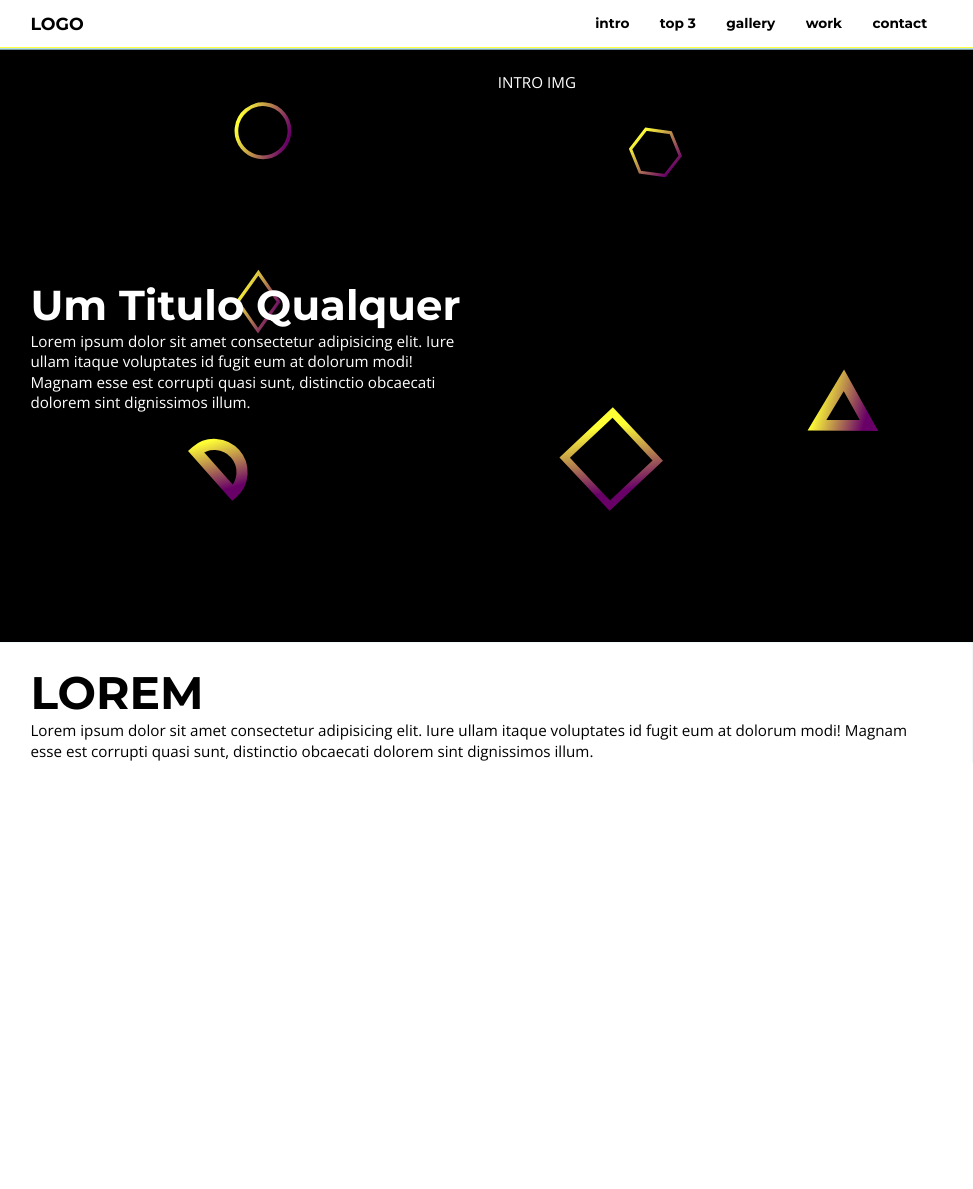
Repository: danilodscosta/CursoHTML
Page: aula1/index.html
The author's editor kept a copy of each file at every save. The page is drawn from the files as they stood at one save, then again after the next save.
The browser window is 1280 px wide. The pictures show the whole page, at 76% of full size.

Above is the page before, as saved 2024-01-29 17:27:49.

### aula1/index.html
<!DOCTYPE html>
<html lang="pt-BR">

<head>
    <meta charset="utf-8">
    <meta name="viewport" content="width=device-width, inital-scale=1.0">
    <title>Landing Page</title>

    <link rel="stylesheet" href="assets/css/variables.css">
    <link rel="stylesheet" href="assets/css/elements.css">
    <link rel="stylesheet" href="assets/css/classes.css">
    <link rel="stylesheet" href="assets/css/menu.css">
    <link rel="stylesheet" href="assets/css/style.css">

    <link rel="preconnect" href="https://fonts.googleapis.com">
    <link rel="preconnect" href="https://fonts.gstatic.com" crossorigin>
    <link href="https://fonts.googleapis.com/css2?family=Montserrat:ital,wght@0,900;1,900&display=swap" rel="stylesheet">
    <link href="https://fonts.googleapis.com/css2?family=Montserrat:ital,wght@0,100..900;1,100..900&family=Open+Sans:ital,wght@0,300..800;1,300..800&display=swap" rel="stylesheet">

</head>



<body>
    <aside class="menu white-bg">
        <div class="main-content menu-content">
        <h1>
            <a href="#">LOGO</a>
        </h1>

            <nav>
                <ul>
                    <li><a href="#">intro</a></li>
                    <li><a href="#">top 3</a></li>
                    <li><a href="#">gallery</a></li>
                    <li><a href="#">work</a></li>
                    <li><a href="#">contact</a></li>
                </ul>
            </nav>
        </div>
    </aside>

    <div class="menu-spacing"></div>

    <section class="intro main-bg section">
        <div class="main-content intro-content">
            <div class="intro-text-content">
                <h2>Um Titulo Qualquer</h2>
                <p>Lorem ipsum dolor sit amet consectetur adipisicing elit. Iure ullam itaque voluptates id fugit eum at dolorum modi! Magnam esse est corrupti quasi sunt, distinctio obcaecati dolorem sint dignissimos illum.</p>
            </div>
        <div class="intro-img">
            INTRO IMG
        </div>
    </div>
    </section>

    <section class="white-bg section">
        <div class="main-content">
            <h1>Lorem</h1>
            <p>Lorem ipsum dolor sit amet consectetur adipisicing elit. Iure ullam itaque voluptates id fugit eum at dolorum modi! Magnam esse est corrupti quasi sunt, distinctio obcaecati dolorem sint dignissimos illum.</p>
        </div>
    </section>
</body>

</html>

### aula1/assets/css/variables.css
:root {
    --primary-color: #000000;
    --white-color: #fff;
    --light-gold-color: #ff0;
    --purple-color: #680068;
    --gap: 3rem;
}

### aula1/assets/css/elements.css

* {
    margin: 0;
    padding: 0;
}

html {
    font-size: 62.5%;
}

body {
    font-family: 'Open Sans', sans-serif;
    font-size: 2rem;
    color: var(--primary-color);
    background: powderblue;
}

h1, h2, h3, h4, h5, h6 {
    font-family: 'Montserrat', 'sans-serif';
}

h1 {
    font-size: 6rem;
    text-transform: uppercase;
}

h2 {
    font-size: 5.5rem;
}

h3 {
    font-size: 5rem;
}

h4 {
    font-size: 4.5rem;
}

h5 {
    font-size: 4rem;
}

h6 {
    font-size: 3.5rem;
}

### aula1/assets/css/classes.css
.main-bg {
    background-image: url('../img/main-bg.svg');
    background-size: cover;
    background-position: center center;
    color: var(--white-color);
}

.white-bg {
    background: var(--white-color);
}

.main-content {
    max-width: 120rem;
    margin: 0 auto;
    padding: var(--gap);
}

.section {
    min-height: 100vh;
}

.menu-spacing {
    height: 65px;
}

### aula1/assets/css/menu.css
.menu {
    position: fixed;
    top: 0;
    left: 0;
    right: 0;
    width: 100%;
    border-bottom: 0.1rem solid var(--light-gold-color);
}

.menu-content {
    display: flex;
    justify-content: space-between;
    align-items: center;
    padding-top: 0;
    padding-bottom: 0;
}

.menu ul {
    list-style: none;
    display: flex;
}

.menu h1 {
    font-size: 2.3rem;
    color: var(--primary-color);
}

.menu h1 a {
    color: inherit;
    text-decoration: none;
}

.menu ul li a {
    display: block;
    padding: 2rem;
    font-size: 1.8rem;
    font-family: 'Montserrat', 'sans-serif';
    color: var(--primary-color);
    font-weight: bold;
    text-decoration: none;
    position: relative;
}

.menu ul li a::after {
    content: '';
    position: absolute;
    bottom: 1rem;
    left: 50%;
    width: 0;
    height: 0.2rem;
    background: var(--purple-color);
    transition: all 300ms ease-in-out;
}

.menu ul li a:hover::after {
    width: 50%;
    left: 25%;
}

### aula1/assets/css/style.css
/*
ID Classes, atributos e pseudo-classes  Elementos e pseudo-elementos
*/

.intro-content {
    display: grid;
    grid-template-columns: 1fr 1fr;
    gap: var(--gap );
    height: 100vh;
}

.intro-text-content {
    display: flex;
    flex-flow: column wrap;
    justify-content: center;
}

After the next save:
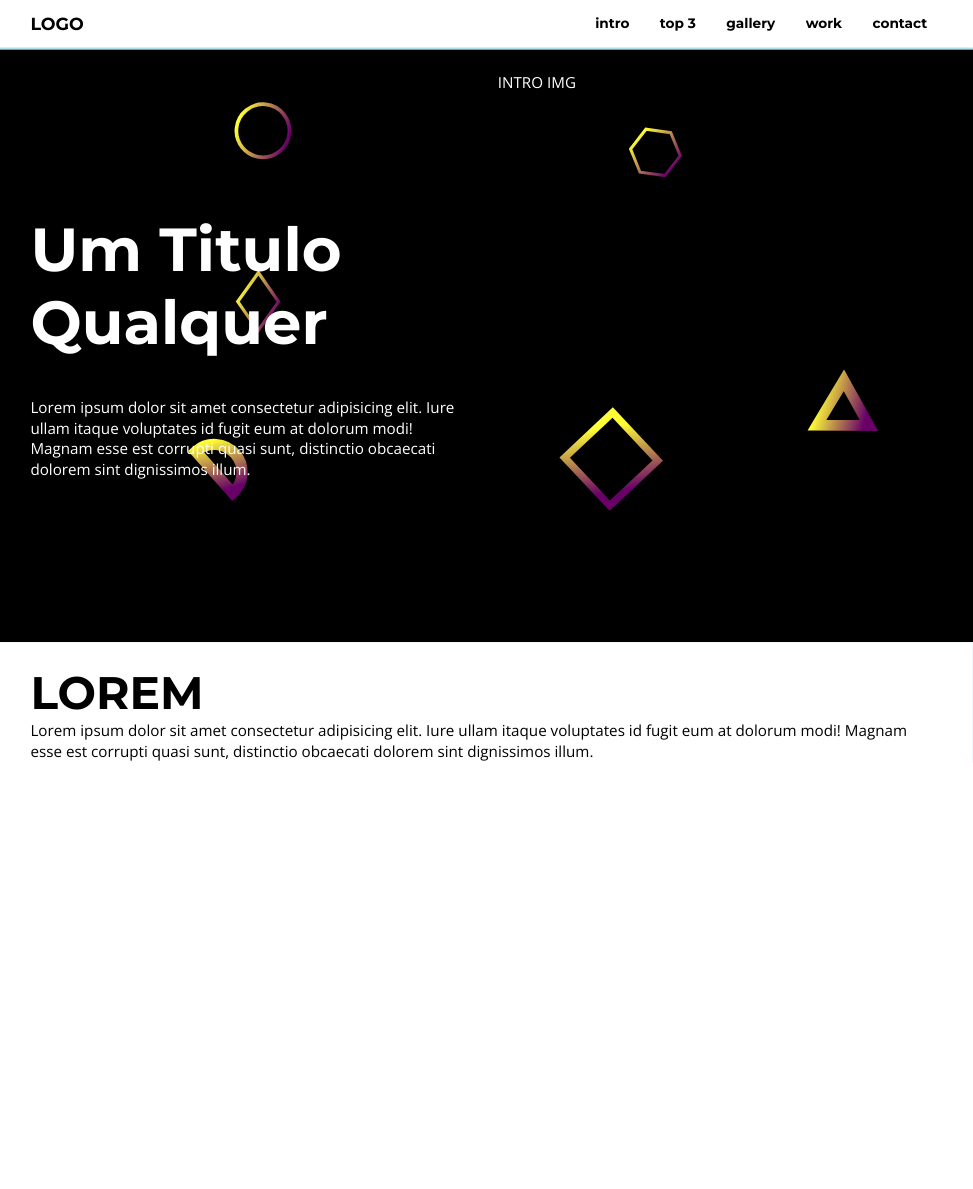
Saved 51 s later.
--- a/aula1/assets/css/style.css
+++ b/aula1/assets/css/style.css
@@ -14,3 +14,8 @@ ID Classes, atributos e pseudo-classes  Elementos e pseudo-elementos
     flex-flow: column wrap;
     justify-content: center;
 }
+
+.intro-text-content h2 {
+    font-size: 8rem;
+    margin-bottom: 5rem;
+}
